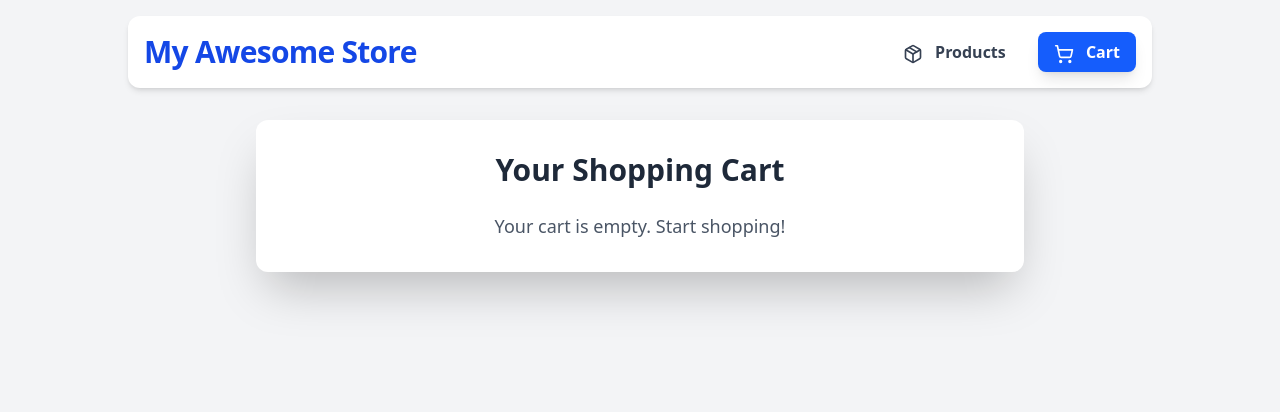
Repository: EphrahimLaanyu123/admin-panel
Page: /cart
The author's editor kept a copy of each file at every save. The page is drawn from the files as they stood at one save, then again after the next save.
The browser window is 1280 px wide. The pictures show the whole page.
The project was rebuilt for these pictures with package versions that can differ from the ones it lists, and the page was loaded fresh each time. Also part of the build but not shown: vite.config.js, src/components/Products.jsx.

Above is the page before, as saved 2025-06-13 12:14:37.

### src/main.jsx
// main.jsx
import React from 'react';
import ReactDOM from 'react-dom/client';
import { BrowserRouter } from 'react-router-dom';
import App from './App';
import './index.css';

ReactDOM.createRoot(document.getElementById('root')).render(
  <BrowserRouter>
    <App />
  </BrowserRouter>
);

### src/App.jsx
// App.jsx
import React, { useState, useEffect, useMemo } from 'react';
import { Routes, Route, NavLink, useLocation } from 'react-router-dom';
import Cookies from 'js-cookie';
import { ShoppingCart, Package } from 'lucide-react';
import Products from './components/Products';
import Cart from './components/Cart';


function App() {
  const [cart, setCart] = useState([]);
  const [showConfirmation, setShowConfirmation] = useState('');
  const location = useLocation();

  useEffect(() => {
    try {
      const storedCart = Cookies.get('shoppingCart');
      if (storedCart) {
        setCart(JSON.parse(storedCart));
      }
    } catch (error) {
      console.error('Failed to load cart from cookies:', error);
      Cookies.remove('shoppingCart');
    }
  }, []);

  useEffect(() => {
    if (cart.length > 0) {
      Cookies.set('shoppingCart', JSON.stringify(cart), {
        expires: 30,
        secure: true,
        sameSite: 'Lax',
      });
    } else {
      Cookies.remove('shoppingCart');
    }
  }, [cart]);

  const addToCart = (product) => {
    setCart((prevCart) => {
      const existingItem = prevCart.find((item) => item.productId === product.id);
      if (existingItem) {
        return prevCart.map((item) =>
          item.productId === product.id ? { ...item, quantity: item.quantity + 1 } : item
        );
      } else {
        return [...prevCart, { productId: product.id, name: product.name, price: product.price, quantity: 1 }];
      }
    });

    setShowConfirmation(`${product.name} added to cart!`);
    const timer = setTimeout(() => setShowConfirmation(''), 2000);
    return () => clearTimeout(timer);
  };

  const updateQuantity = (productId, change) => {
    setCart((prevCart) =>
      prevCart
        .map((item) =>
          item.productId === productId ? { ...item, quantity: item.quantity + change } : item
        )
        .filter((item) => item.quantity > 0)
    );
  };

  const removeFromCart = (productId) => {
    setCart((prevCart) => prevCart.filter((item) => item.productId !== productId));
  };

  const totalCartItems = useMemo(() => cart.reduce((sum, item) => sum + item.quantity, 0), [cart]);

  return (
    <div className="min-h-screen bg-gray-100 flex flex-col items-center p-4 font-inter">
      <header className="w-full max-w-5xl bg-white shadow-md rounded-xl p-4 flex justify-between items-center mb-8">
        <h1 className="text-3xl font-extrabold text-blue-700 tracking-tight">My Awesome Store</h1>
        <nav className="flex items-center space-x-4">
          <NavLink
            to="/"
            className={({ isActive }) =>
              `px-4 py-2 rounded-lg font-semibold transition duration-200 ease-in-out ${
                isActive ? 'bg-blue-600 text-white shadow-lg' : 'text-gray-700 hover:bg-gray-200'
              }`
            }
          >
            <Package className="inline-block mr-2" size={20} /> Products
          </NavLink>
          <NavLink
            to="/cart"
            className={({ isActive }) =>
              `px-4 py-2 rounded-lg font-semibold relative transition duration-200 ease-in-out ${
                isActive ? 'bg-blue-600 text-white shadow-lg' : 'text-gray-700 hover:bg-gray-200'
              }`
            }
          >
            <ShoppingCart className="inline-block mr-2" size={20} /> Cart
            {totalCartItems > 0 && (
              <span className="absolute -top-2 -right-2 bg-red-500 text-white text-xs font-bold rounded-full h-6 w-6 flex items-center justify-center">
                {totalCartItems}
              </span>
            )}
          </NavLink>
        </nav>
      </header>

      {showConfirmation && (
        <div className="fixed top-4 right-4 bg-green-500 text-white px-6 py-3 rounded-lg shadow-xl z-50">
          {showConfirmation}
        </div>
      )}

      <Routes>
        <Route path="/" element={<Products addToCart={addToCart} />} />
        <Route
          path="/cart"
          element={
            <Cart
              cart={cart}
              products={Products.productList}
              updateQuantity={updateQuantity}
              removeFromCart={removeFromCart}
            />
          }
        />
      </Routes>
    </div>
  );
}

export default App;

### src/components/Cart.jsx
// Cart.jsx
import React from 'react';
import { Trash2 } from 'lucide-react';

function Cart({ cart, products, updateQuantity, removeFromCart }) {
  const getImageUrl = (productId) => {
    const product = products.find((p) => p.id === productId);
    return product?.imageUrl || 'https://placehold.co/80x80/CCCCCC/333333?text=Item';
  };

  const getProduct = (productId) => products.find((p) => p.id === productId);

  const totalCartPrice = cart.reduce((sum, item) => sum + item.price * item.quantity, 0);

  return (
    <main className="w-full max-w-3xl bg-white p-8 rounded-xl shadow-2xl">
      <h2 className="text-3xl font-bold text-gray-800 mb-6 text-center">Your Shopping Cart</h2>
      {cart.length === 0 ? (
        <p className="text-gray-600 text-center text-lg">Your cart is empty. Start shopping!</p>
      ) : (
        <>
          <div className="space-y-4">
            {cart.map((item) => (
              <div key={item.productId} className="flex items-center justify-between p-4 border border-gray-200 rounded-lg shadow-sm">
                <div className="flex items-center">
                  <img
                    src={getImageUrl(item.productId)}
                    alt={item.name}
                    className="w-20 h-20 object-cover rounded-lg mr-4"
                    onError={(e) => {
                      e.target.onerror = null;
                      e.target.src = 'https://placehold.co/80x80/CCCCCC/333333?text=Item';
                    }}
                  />
                  <div>
                    <h3 className="text-lg font-semibold text-gray-900">{item.name}</h3>
                    <p className="text-gray-600">Ksh{item.price.toFixed(2)} each</p>
                  </div>
                </div>
                <div className="flex items-center space-x-2">
                  <button onClick={() => updateQuantity(item.productId, -1)} className="px-2 py-1 bg-gray-200 rounded">-</button>
                  <span>{item.quantity}</span>
                  <button onClick={() => updateQuantity(item.productId, 1)} className="px-2 py-1 bg-gray-200 rounded">+</button>
                </div>
                <button onClick={() => removeFromCart(item.productId)} className="text-red-500 hover:text-red-700">
                  <Trash2 size={20} />
                </button>
              </div>
            ))}
          </div>
          <div className="text-right mt-6 text-xl font-semibold text-blue-700">
            Total: ${totalCartPrice.toFixed(2)}
          </div>
        </>
      )}
    </main>
  );
}

export default Cart;

Loaded but not shown: index.html (common file); src/index.css (common file)

After the next save:
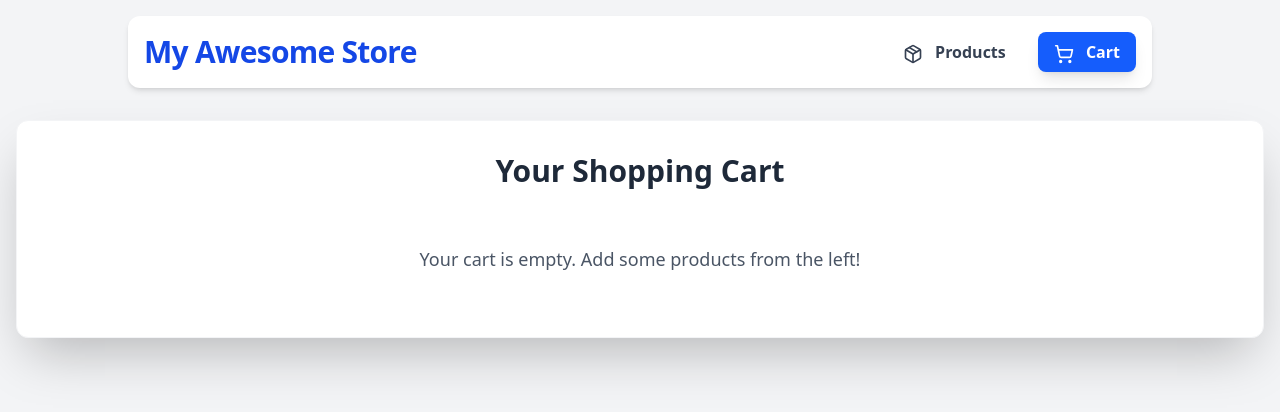
Saved 10 min 12 s later.
--- a/src/components/Cart.jsx
+++ b/src/components/Cart.jsx
@@ -1,33 +1,34 @@
-// Cart.jsx
 import React from 'react';
-import { Trash2 } from 'lucide-react';
+import { Trash2 } from 'lucide-react'; // Ensure lucide-react is imported
 
 function Cart({ cart, products, updateQuantity, removeFromCart }) {
+  // Function to get the product image URL based on productId
   const getImageUrl = (productId) => {
     const product = products.find((p) => p.id === productId);
+    // Provide a placeholder image if no product is found or image URL is missing
     return product?.imageUrl || 'https://placehold.co/80x80/CCCCCC/333333?text=Item';
   };
 
-  const getProduct = (productId) => products.find((p) => p.id === productId);
-
+  // Calculate the total price of items in the cart
   const totalCartPrice = cart.reduce((sum, item) => sum + item.price * item.quantity, 0);
 
   return (
-    <main className="w-full max-w-3xl bg-white p-8 rounded-xl shadow-2xl">
+    <main className="w-full bg-white p-8 rounded-xl shadow-2xl border border-gray-100 font-inter">
       <h2 className="text-3xl font-bold text-gray-800 mb-6 text-center">Your Shopping Cart</h2>
       {cart.length === 0 ? (
-        <p className="text-gray-600 text-center text-lg">Your cart is empty. Start shopping!</p>
+        <p className="text-gray-600 text-center text-lg py-8">Your cart is empty. Add some products from the left!</p>
       ) : (
         <>
           <div className="space-y-4">
             {cart.map((item) => (
-              <div key={item.productId} className="flex items-center justify-between p-4 border border-gray-200 rounded-lg shadow-sm">
-                <div className="flex items-center">
+              <div key={item.productId} className="flex flex-col sm:flex-row items-center justify-between p-4 border border-gray-200 rounded-lg shadow-sm bg-white hover:bg-gray-50 transition duration-200">
+                <div className="flex items-center mb-4 sm:mb-0">
                   <img
                     src={getImageUrl(item.productId)}
                     alt={item.name}
-                    className="w-20 h-20 object-cover rounded-lg mr-4"
+                    className="w-20 h-20 object-cover rounded-lg mr-4 border border-gray-300"
                     onError={(e) => {
+                      // Fallback in case image fails to load
                       e.target.onerror = null;
                       e.target.src = 'https://placehold.co/80x80/CCCCCC/333333?text=Item';
                     }}
@@ -37,19 +38,35 @@
                     <p className="text-gray-600">Ksh{item.price.toFixed(2)} each</p>
                   </div>
                 </div>
-                <div className="flex items-center space-x-2">
-                  <button onClick={() => updateQuantity(item.productId, -1)} className="px-2 py-1 bg-gray-200 rounded">-</button>
-                  <span>{item.quantity}</span>
-                  <button onClick={() => updateQuantity(item.productId, 1)} className="px-2 py-1 bg-gray-200 rounded">+</button>
+                <div className="flex items-center space-x-2 mb-4 sm:mb-0">
+                  {/* Quantity update buttons */}
+                  <button
+                    onClick={() => updateQuantity(item.productId, -1)}
+                    className="px-3 py-1 bg-gray-200 text-gray-800 rounded-lg hover:bg-gray-300 transition duration-200 text-lg font-bold"
+                  >
+                    -
+                  </button>
+                  <span className="text-xl font-semibold text-gray-800 w-8 text-center">{item.quantity}</span>
+                  <button
+                    onClick={() => updateQuantity(item.productId, 1)}
+                    className="px-3 py-1 bg-gray-200 text-gray-800 rounded-lg hover:bg-gray-300 transition duration-200 text-lg font-bold"
+                  >
+                    +
+                  </button>
                 </div>
-                <button onClick={() => removeFromCart(item.productId)} className="text-red-500 hover:text-red-700">
-                  <Trash2 size={20} />
+                {/* Remove from cart button */}
+                <button
+                  onClick={() => removeFromCart(item.productId)}
+                  className="p-2 text-red-500 hover:text-red-700 transition duration-200 rounded-full hover:bg-red-100"
+                  aria-label="Remove item from cart"
+                >
+                  <Trash2 size={24} /> {/* Adjust icon size for better visibility */}
                 </button>
               </div>
             ))}
           </div>
-          <div className="text-right mt-6 text-xl font-semibold text-blue-700">
-            Total: ${totalCartPrice.toFixed(2)}
+          <div className="text-right mt-6 text-2xl font-bold text-blue-700 p-4 border-t-2 border-blue-100">
+            Total: Ksh{totalCartPrice.toFixed(2)}
           </div>
         </>
       )}
